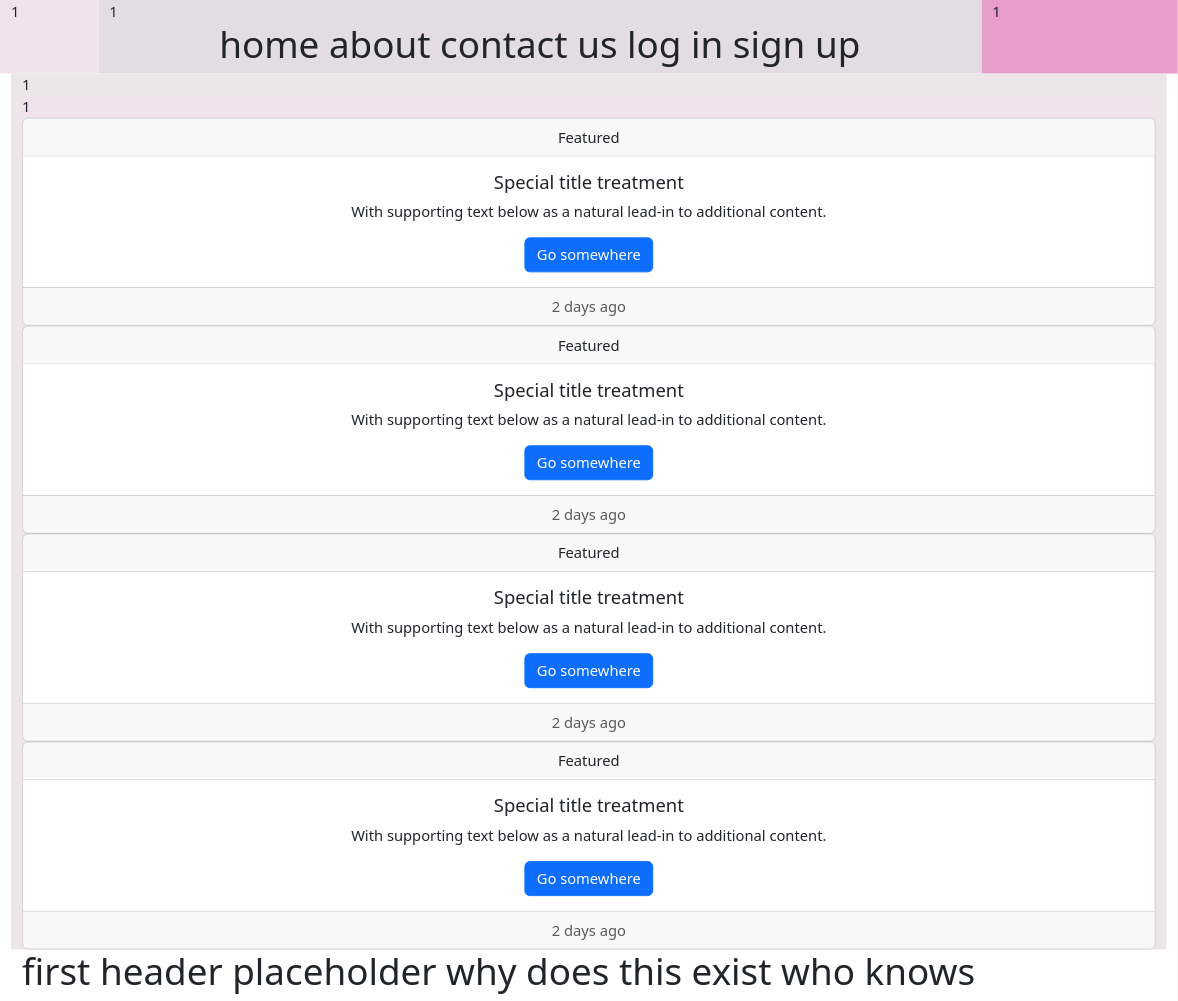
Repository: Treestr/classroom-assistant
Page: templates/homepage.html
An editor plug-in stored every save of this project. The page is shown before and after a run of saves, followed by the edit.
The browser window is 1280 px wide. The pictures show the whole page, at 92% of full size.
The template is drawn by Flask 3. The application's start-up code is not run. The template is opened directly, without the code that normally fills it, so the values that code supplies are empty.

Above is the page before, as saved 2024-04-21 20:02:42.

After the next 2 saves:
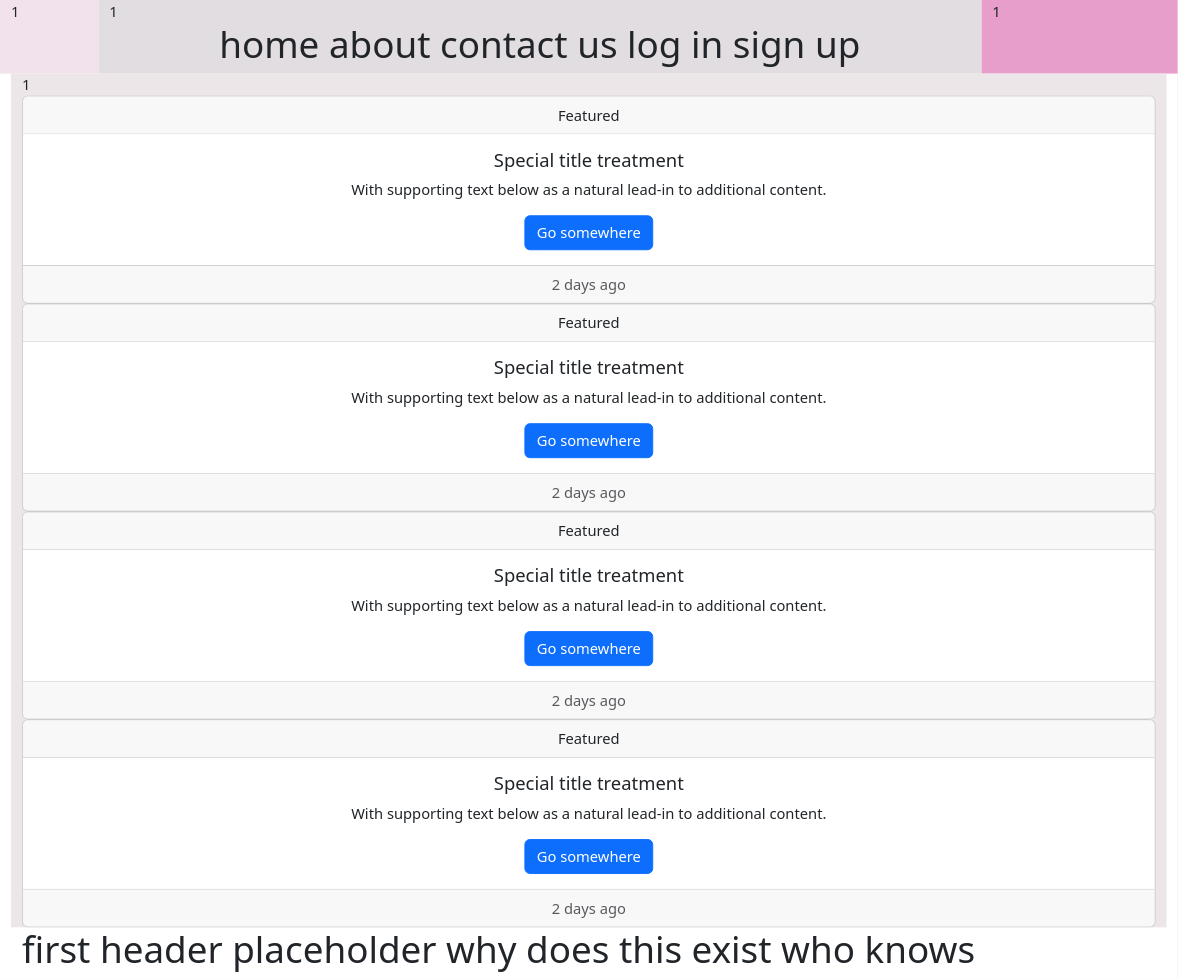
The 2 saves are shown as one change because they came seconds apart.
The last was saved 12 s later.
--- a/templates/homepage.html
+++ b/templates/homepage.html
@@ -26,7 +26,7 @@
       <div class="container-fluid">
     <div class="row">
         <div class="col-12" style="background-color: rgb(236, 230, 233)">1
-            <div class="col-" style="background-color: rgb(242, 226, 236)">1</div>
+
 
 
 

After the save that followed:
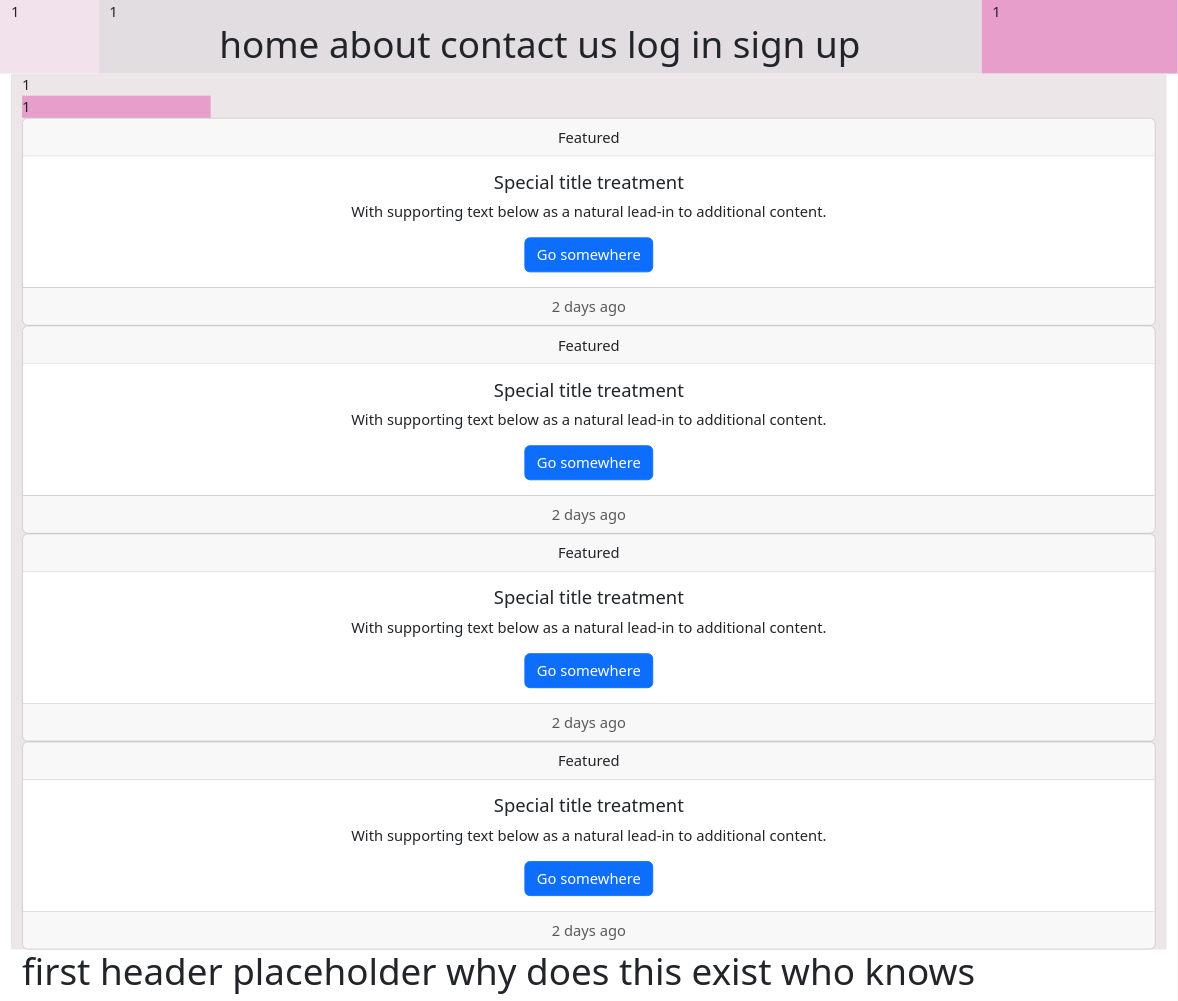
Saved 47 s later.
--- a/templates/homepage.html
+++ b/templates/homepage.html
@@ -26,6 +26,7 @@
       <div class="container-fluid">
     <div class="row">
         <div class="col-12" style="background-color: rgb(236, 230, 233)">1
+            <div class="col-2" style="background-color: rgb(232, 158, 202)">1</div>
 
 
 
